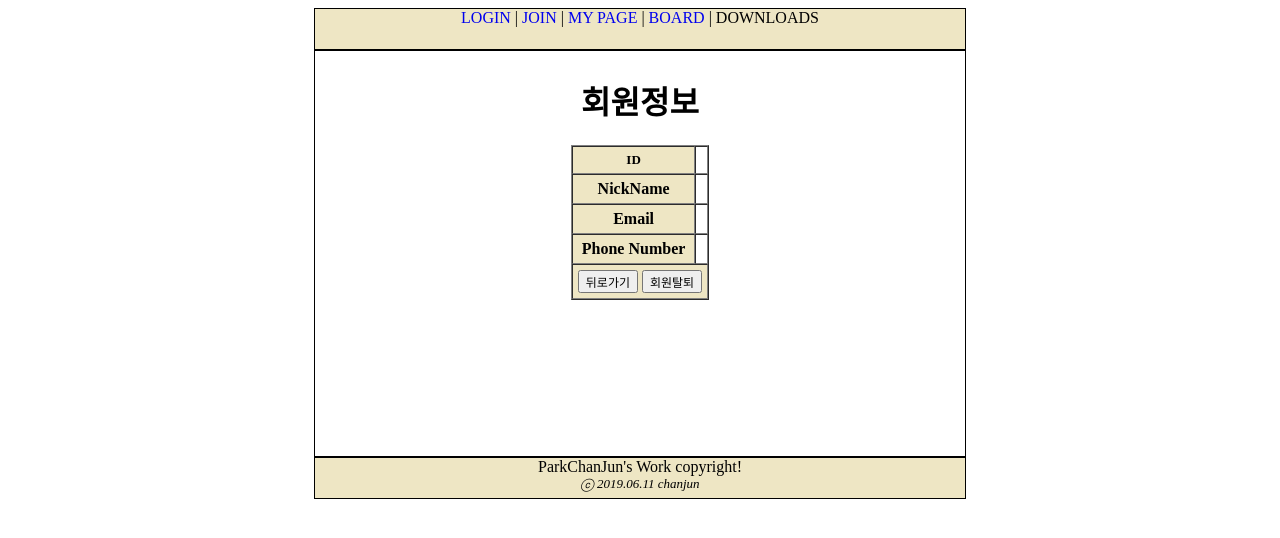
Repository: slolee/Spring-Board
Page: http://localhost/spring_project/WEB-INF/views/member/mypageResultView.jsp
An editor plug-in stored every save of this project. The page is shown before and after the next save, followed by the edit.
The browser window is 1280 px wide. The pictures show the whole page.
The page is served by Tomcat 9. Nobody is signed in. The template is opened directly, without the code that normally fills it, so the values that code supplies are empty.

Above is the page before, as saved 2019-06-17 02:26:59.

After the next save:
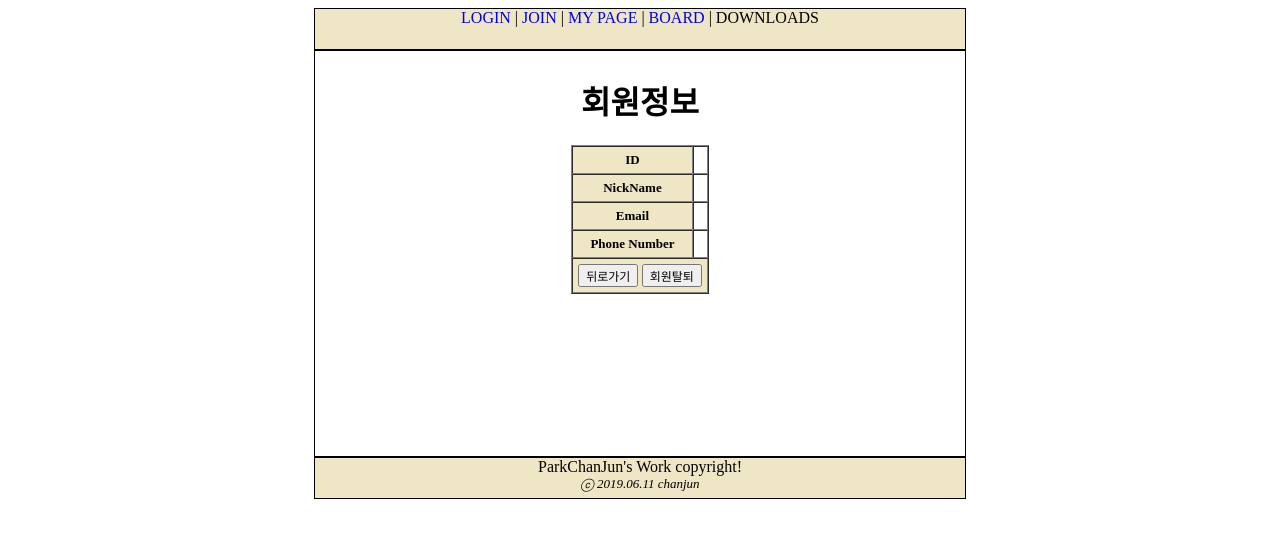
Saved 38 s later.
--- a/spring_project/src/main/webapp/WEB-INF/views/member/mypageResultView.jsp
+++ b/spring_project/src/main/webapp/WEB-INF/views/member/mypageResultView.jsp
@@ -5,9 +5,9 @@
 </jsp:include>
 
 	<h1>회원정보</h1>
-	<table border=1 cellpadding="5" cellspacing="0" align="center">
+	<table border=1 cellpadding="5" cellspacing="0" align="center" style="font-size:small;">
 		<tr>
-			<th><font size="2px">ID</font></th>
+			<th>ID</th>
 			<td>${ vo.id }</td>
 		</tr>
 
